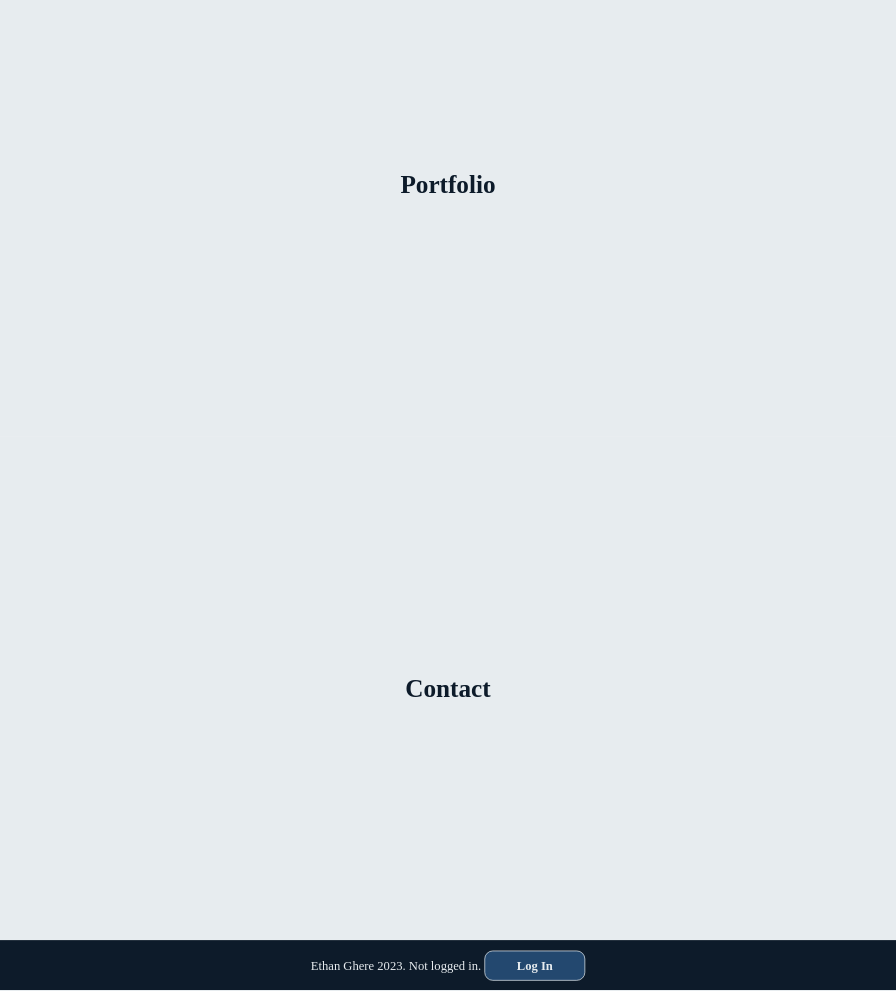
Repository: eghere-bsu/ethanghere-website
Page: http://localhost/php/index.php
An editor plug-in stored every save of this project. The page is shown before and after the next save, followed by the edit.
The browser window is 1280 px wide. The pictures show the part of the page from y = 1460 to 3380 px (the page is 2875 px tall before and 3523 px after), at 70% of full size.
Some web fonts or font styles are not loaded; a fallback is used. The page is run by PHP 8.4 with error messages shown; the project is at /var/www/html/.

Above is the page before, as saved 2023-11-27 16:30:17.

After the next save:
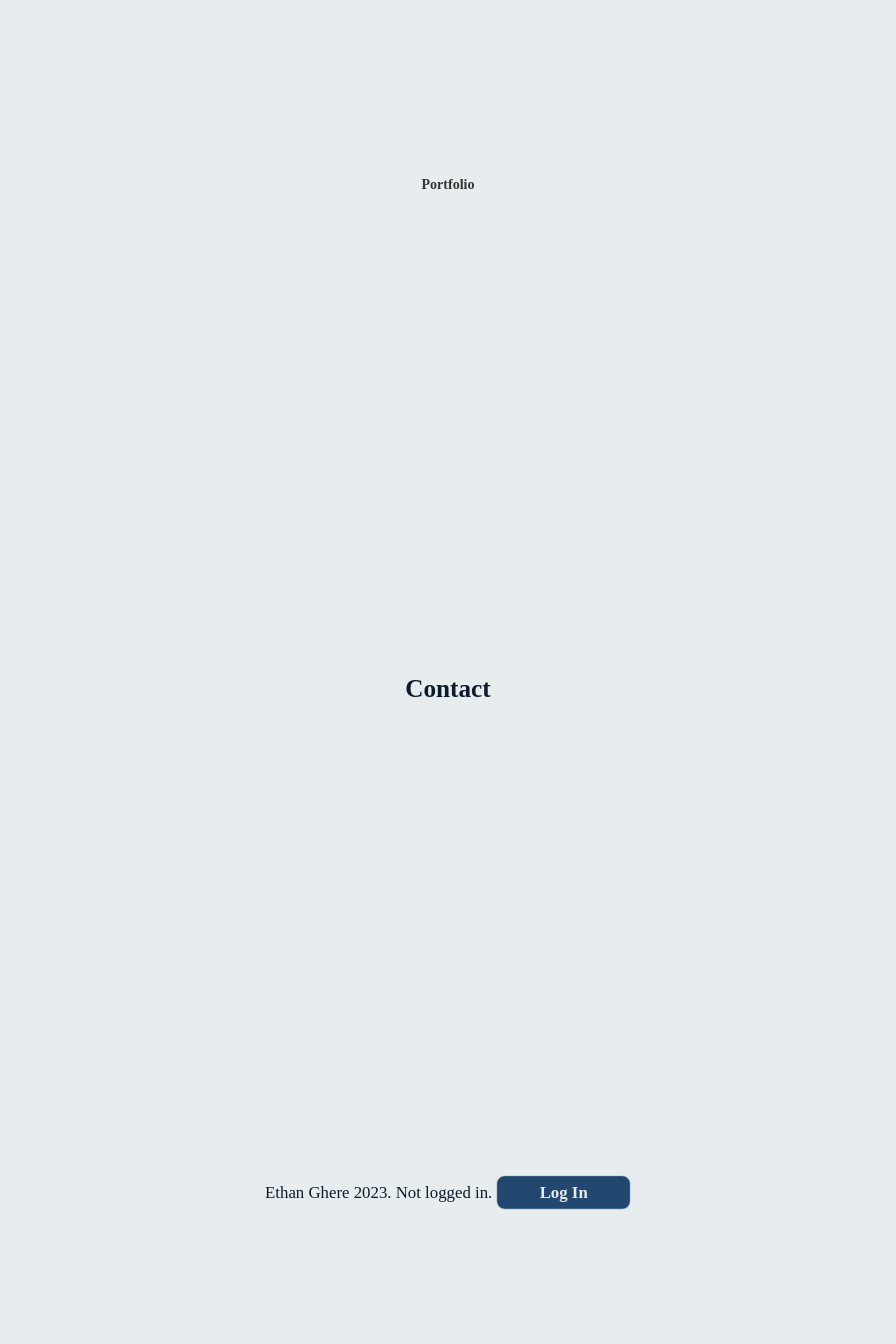
Saved 3 min 43 s later.
--- a/css/style.css
+++ b/css/style.css
@@ -38,8 +38,95 @@
 section#skills {}
 */
 
-/* TODO
-section#portfolio {} */
+/* TODO */
+section#portfolio {
+  .band {
+  width: 90%;
+  max-width: 1240px;
+  margin: 0 auto;
+
+  display: grid;
+
+  grid-template-columns: 1fr;
+  grid-template-rows: auto;
+  grid-gap: 20px;
+
+}
+
+@media only screen and (min-width: 500px) {
+  .band {
+    grid-template-columns: 1fr 1fr;
+  }
+  .item-1 {
+  grid-column: 1/ span 2;
+  }
+  .item-1 h1 {
+    font-size: 30px;
+  }
+}
+
+@media only screen and (min-width: 850px) {
+  .band {
+    grid-template-columns: 1fr 1fr 1fr 1fr;
+  }
+}
+
+/* card */
+
+.card {
+  min-height: 100%;
+  background: white;
+  box-shadow: 0 2px 5px rgba(0,0,0,0.1);
+  display: flex;
+  flex-direction: column;
+  text-decoration: none;
+  color: #444;
+  position: relative;
+  top: 0;
+  transition: all .1s ease-in;
+}
+
+.card:hover {
+  top: -2px;
+  box-shadow: 0 4px 5px rgba(0,0,0,0.2);
+}
+
+.card article {
+  padding: 20px;
+  display: flex;
+
+  flex: 1;
+  justify-content: space-between;
+  flex-direction: column;
+
+}
+.card .thumb {
+  padding-bottom: 60%;
+  background-size: cover;
+  background-position: center center;
+}
+
+.card p {
+  flex: 1; /* make p grow to fill available space*/
+  line-height: 1.4;
+}
+
+/* typography */
+h1 {
+  font-size: 20px;
+  margin: 0;
+  color: #333;
+}
+
+.card span {
+  font-size: 12px;
+  font-weight: bold;
+  color: #999;
+  text-transform: uppercase;
+  letter-spacing: .05em;
+  margin: 2em 0 0 0;
+}
+} */
 
 section#footer {
   height: 10vh;

After the save that followed:
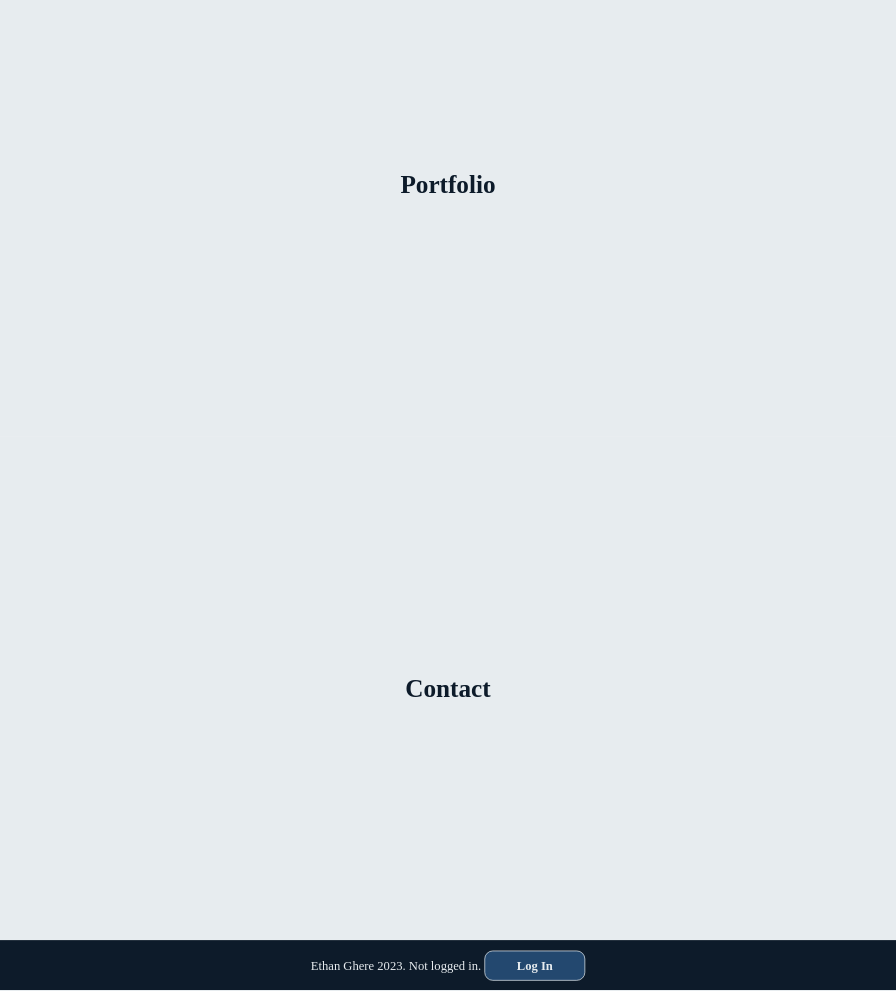
Saved 17 s later.
--- a/css/style.css
+++ b/css/style.css
@@ -40,93 +40,8 @@
 
 /* TODO */
 section#portfolio {
-  .band {
-  width: 90%;
-  max-width: 1240px;
-  margin: 0 auto;
-
-  display: grid;
-
-  grid-template-columns: 1fr;
-  grid-template-rows: auto;
-  grid-gap: 20px;
-
-}
-
-@media only screen and (min-width: 500px) {
-  .band {
-    grid-template-columns: 1fr 1fr;
-  }
-  .item-1 {
-  grid-column: 1/ span 2;
-  }
-  .item-1 h1 {
-    font-size: 30px;
-  }
-}
-
-@media only screen and (min-width: 850px) {
-  .band {
-    grid-template-columns: 1fr 1fr 1fr 1fr;
-  }
-}
-
-/* card */
-
-.card {
-  min-height: 100%;
-  background: white;
-  box-shadow: 0 2px 5px rgba(0,0,0,0.1);
-  display: flex;
-  flex-direction: column;
-  text-decoration: none;
-  color: #444;
-  position: relative;
-  top: 0;
-  transition: all .1s ease-in;
-}
-
-.card:hover {
-  top: -2px;
-  box-shadow: 0 4px 5px rgba(0,0,0,0.2);
-}
-
-.card article {
-  padding: 20px;
-  display: flex;
-
-  flex: 1;
-  justify-content: space-between;
-  flex-direction: column;
-
-}
-.card .thumb {
-  padding-bottom: 60%;
-  background-size: cover;
-  background-position: center center;
-}
-
-.card p {
-  flex: 1; /* make p grow to fill available space*/
-  line-height: 1.4;
-}
-
-/* typography */
-h1 {
-  font-size: 20px;
-  margin: 0;
-  color: #333;
-}
-
-.card span {
-  font-size: 12px;
-  font-weight: bold;
-  color: #999;
-  text-transform: uppercase;
-  letter-spacing: .05em;
-  margin: 2em 0 0 0;
-}
-} */
+
+}
 
 section#footer {
   height: 10vh;
